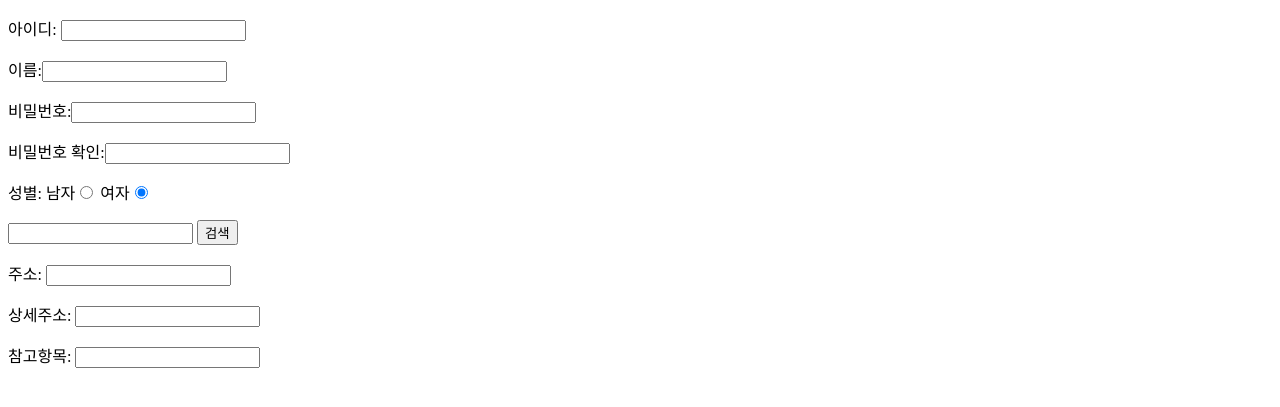
Repository: zoselakt/My_practice_JSP
Page: http://localhost/day08/join.jsp
These files come from the project's save history. The page is drawn as it stood at one moment and after the next save; the edit follows.
The browser window is 1280 px wide. The pictures show the whole page.
The page is served by Tomcat 9. Other server files are loaded and not shown.

Above is the page before, as saved 2022-03-01 09:01:03.

### day08/WebContent/join.jsp
<%@ page language="java" contentType="text/html; charset=UTF-8"
    pageEncoding="UTF-8"%>
<!DOCTYPE html>
<html>
<head>
<meta charset="UTF-8">
<title>회원가입</title>
</head>
<body>
	<form action="join_db.jsp" method="post" name="joinForm">
		<p>
			<label>아이디: <input type="text" name="id"></label>
		</p>

		<p id="result"></p>
		<p><label>이름:<input type="text" name="name"></label></p>
		<p><label>비밀번호:<input type="password" name="password"></label></p>
		<p><label>비밀번호 확인:<input type="password" name="password_re"></label></p>
		<p>
			성별:
			남자<input type="radio" name="gender" value="남자" checked>
			여자<input type="radio" name="gender" value="남자" checked>
		</p>

		<p>
			<label>
				<input type="text" name="" class="postcodify_postcode5" value="" />
				<button id="postcodify_search_button">검색</button><br />
			</label>
		</p>

		<p>
			<label>
				주소:
				<input type="text" name="" class="postcodify_address" value="" /><br />
			</label>
		</p>

		<p>
			<label>
				상세주소:
				<input type="text" name="" class="postcodify_details" value="" /><br />
			</label>
		</p>

		<p>
			<label>
				참고항목:
				<input type="text" name="" class="postcodify_extra_info" value="" /><br />
			</label>
		</p>

	</form>
</body>
</html>

After the next save:
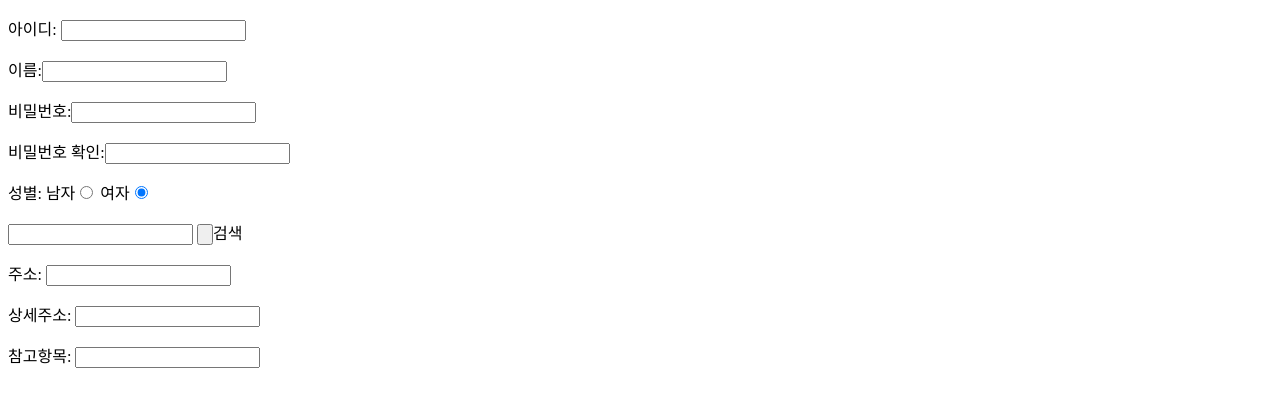
Saved 83 s later.
--- a/day08/WebContent/join.jsp
+++ b/day08/WebContent/join.jsp
@@ -25,7 +25,7 @@
 		<p>
 			<label>
 				<input type="text" name="" class="postcodify_postcode5" value="" />
-				<button id="postcodify_search_button">검색</button><br />
+				<input type="button" id="postcodify_search_button">검색</button><br />
 			</label>
 		</p>
 
